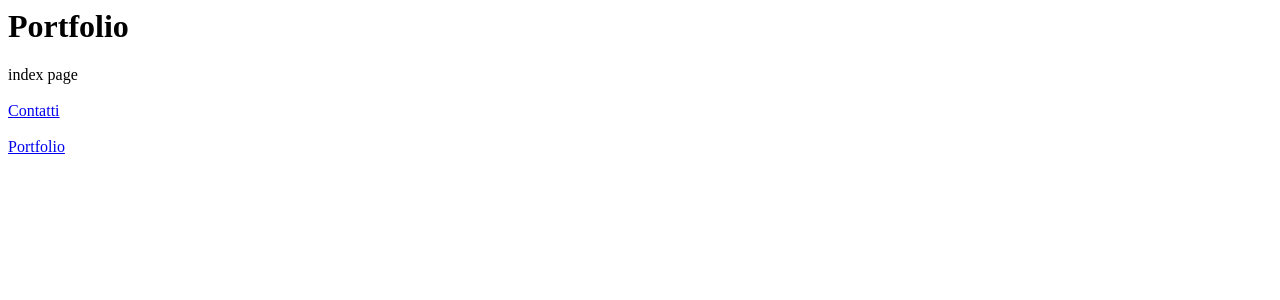
Repository: jojoCan94/jc-html-css
Page: index.html
The author's editor kept a copy of each file at every save. The page is drawn from the files as they stood at one save, then again after the next save.
The browser window is 1280 px wide. The pictures show the whole page.

Above is the page before, as saved 2022-06-03 09:48:40.

### index.html
<html>
  <head>
    <title>Jonathan Cannizzaro</title>
    <link rel="stylesheet" href="" style="style.css">
  </head>

  <body>
    <h1 class="title-big">Portfolio</h1>
    index page <br /><br />
    <a href="contacts.html">Contatti</a> <br /><br />
    <a href="/portfolio">Portfolio</a>
  </body>
</html>

### assets/css/style.css
.title-big {
  font-size: 150%;
}

After the next save:
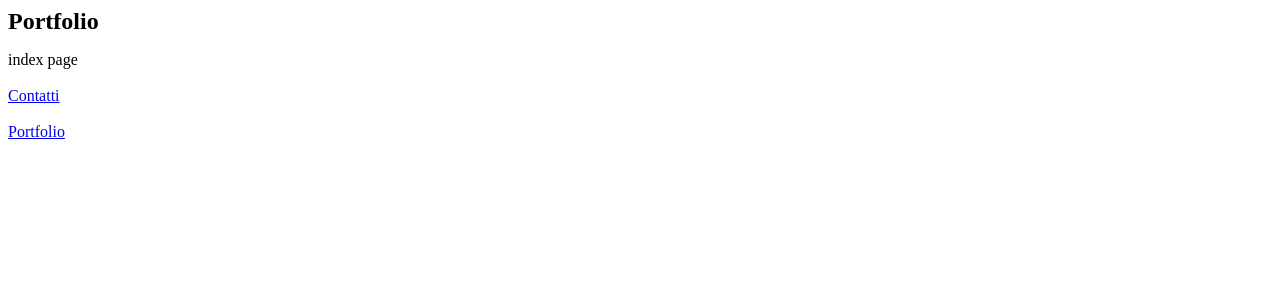
Saved 20 s later.
--- a/index.html
+++ b/index.html
@@ -1,7 +1,7 @@
 <html>
   <head>
     <title>Jonathan Cannizzaro</title>
-    <link rel="stylesheet" href="" style="style.css">
+    <link rel="stylesheet" href="style.css">
   </head>
 
   <body>
